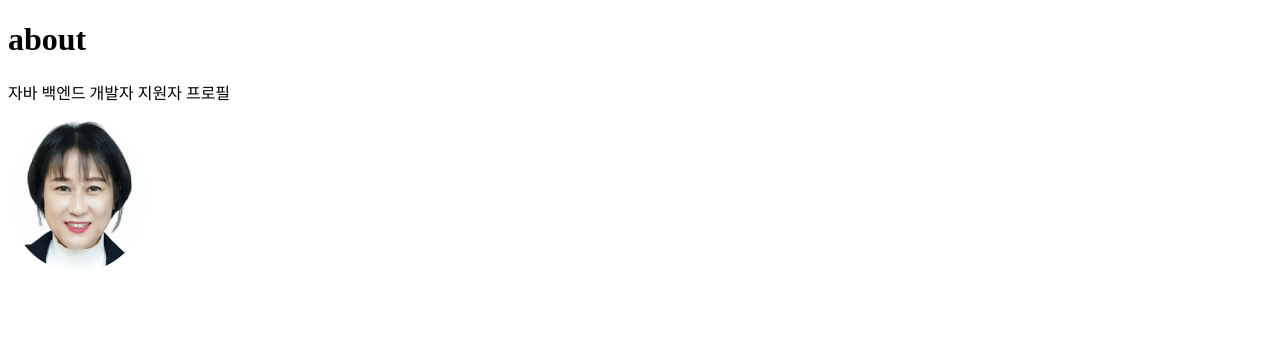
Repository: kmh9964/view
Page: workspace/studyhtml5/src/htmltags03.html
An editor plug-in stored every save of this project. The page is shown before and after the next save, followed by the edit.
The browser window is 1280 px wide. The pictures show the whole page.

Above is the page before, as saved 2022-12-14 06:38:07.

### workspace/studyhtml5/src/htmltags03.html
<!doctype html>
<html lang="ko">
<head>
	<meta charset="UTF-8" />
	<meta http-equiv="X-UA-Compatible" content="IE=Edge" />
	<meta name="viewport" content="width=device-width, initial-scale=1.0">
	<title>자바 백엔드 개발자 프로필</title>
</head>
<body>
	<h1>about</h1>
	<p>자바 백엔드 개발자 지원자 프로필 </p>
 	<img src="images/photo.png" alt="지원자 강미화" width="140">
</body>
</html>

After the next save:
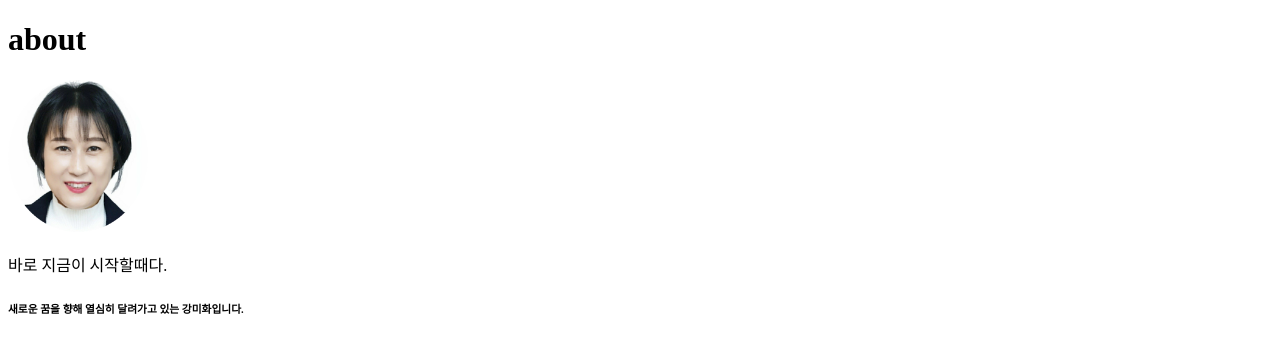
Saved 2 min 48 s later.
--- a/workspace/studyhtml5/src/htmltags03.html
+++ b/workspace/studyhtml5/src/htmltags03.html
@@ -8,7 +8,8 @@
 </head>
 <body>
 	<h1>about</h1>
-	<p>자바 백엔드 개발자 지원자 프로필 </p>
  	<img src="images/photo.png" alt="지원자 강미화" width="140">
+ 	<p>바로 지금이 시작할때다. </p>
+ 	<h6>새로운 꿈을 향해 열심히 달려가고 있는 강미화입니다. </h6>
 </body>
 </html>
